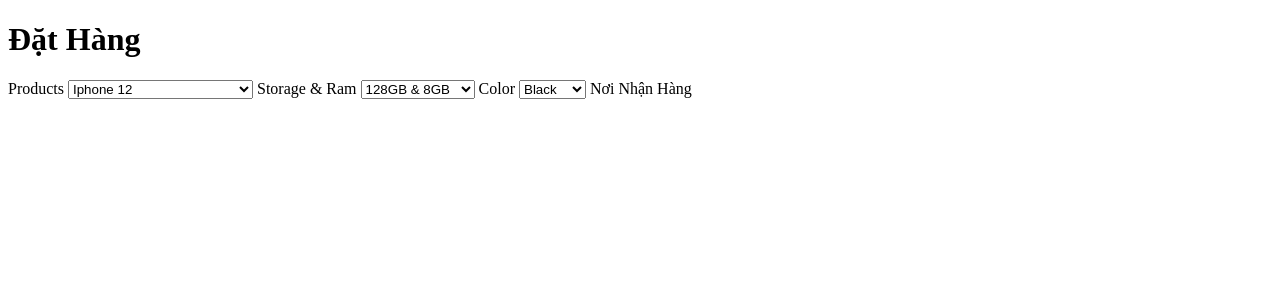
Repository: hisu87/WEB1043-JS
Page: Lab-Done-JS/Lab-7/html/Oder.html
The author's editor kept a copy of each file at every save. The page is drawn from the files as they stood at one save, then again after the next save.
The browser window is 1280 px wide. The pictures show the whole page.

Above is the page before, as saved 2023-04-08 12:50:56.

### Lab-Done-JS/Lab-7/html/Oder.html
<!DOCTYPE html>
<html lang="en">
<head>
    <meta charset="UTF-8">
    <meta http-equiv="X-UA-Compatible" content="IE=edge">
    <meta name="viewport" content="width=device-width, initial-scale=1.0">
    <title>Oder</title>
</head>
<body>
    <h1>Đặt Hàng</h1>
    <form action="#">
        <label for="products">Products</label>
        <select name="products" id="products">
            <option value="1">Iphone 12</option>
            <option value="2">Iphone 12 Pro</option>
            <option value="3">Iphone 12 Pro Max</option>
            <option value="4">Iphone 12 Mini</option>
            <option value="5">SamSung Note 20 Ultra</option>
            <option value="6">SamSung Note 20</option>
            <option value="7">SamSung Note 20 Ultra 5G</option>
            <option value="8">SamSung Note 23 5G</option>
            <option value="9">SamSung Note 20 Ultra 5G</option>
            <option value="10">SamSung Note 20 Ultra 5G</option>
            <option value="11">Pixel 4Xl</option>
            <option value="12">Pixel 4</option>
            <option value="13">Pixel 4A</option>
            <option value="14">Pixel 6</option>
            <option value="15">Pixel 6 Pro</option>
            <option value="16">Pixel 7 Pro </option>
            <option value="17">Pixel 7</option>
        </select>
        <label for="storageandram">Storage & Ram</label>
        <select name="storageandram" id="storageandram">
            <option value="1">128GB & 8GB</option>
            <option value="2">256GB & 8GB</option>
            <option value="3">512GB & 8GB</option>
            <option value="4">1TB & 8GB</option>
            <option value="5">128GB & 12GB</option>
            <option value="6">256GB & 12GB</option>
            <option value="7">512GB & 12GB</option>
            <option value="8">1TB & 12GB</option>
            <option value="9">128GB & 16GB</option>
            <option value="10">256GB & 16GB</option>
            <option value="11">512GB & 16GB</option>
            <option value="12">1TB & 16GB</option>
        </select>
        <label for="color">Color</label>
        <select name="special-color" id="color">
            <option value="1">Black</option>
            <option value="2">White</option>
            <option value="3">Red</option>
            <option value="4">Blue</option>
            <option value="5">Green</option>
            <option value="6">Yellow</option>
            <option value="7">Pink</option>
            <option value="8">Purple</option>
            <option value="9">Orange</option>
            <option value="10">Gray</option>
            <option value="11">Brown</option>
            <option value="12">Gold</option>
            <option value="13">Silver</option>
        </select>
        <label for="Place">Nơi Nhận Hàng</label>



    </form>
</body>
</html>

After the next save:
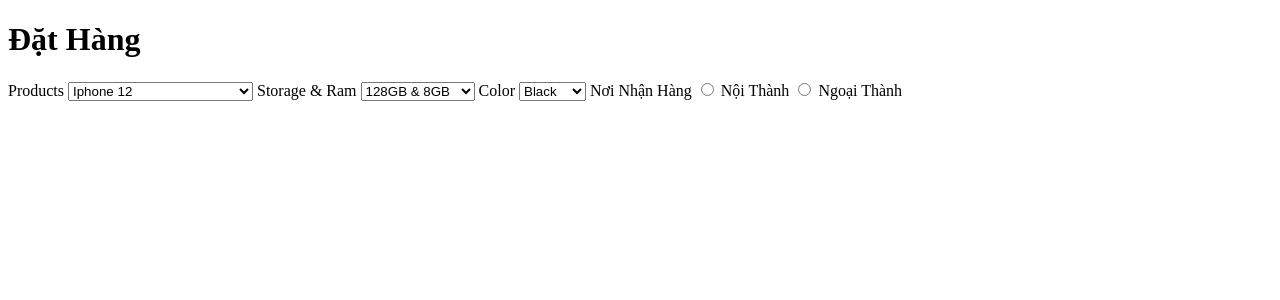
Saved 106 s later.
--- a/Lab-Done-JS/Lab-7/html/Oder.html
+++ b/Lab-Done-JS/Lab-7/html/Oder.html
@@ -1,11 +1,13 @@
 <!DOCTYPE html>
 <html lang="en">
+
 <head>
     <meta charset="UTF-8">
     <meta http-equiv="X-UA-Compatible" content="IE=edge">
     <meta name="viewport" content="width=device-width, initial-scale=1.0">
     <title>Oder</title>
 </head>
+
 <body>
     <h1>Đặt Hàng</h1>
     <form action="#">
@@ -61,9 +63,14 @@
             <option value="13">Silver</option>
         </select>
         <label for="Place">Nơi Nhận Hàng</label>
+        <input type="radio" name="in" id="in">
+        <label for="in">Nội Thành</label>
+        <input type="radio" name="output" id="out">
+        <label for="out">Ngoại Thành</label>
 
 
 
     </form>
 </body>
+
 </html>
